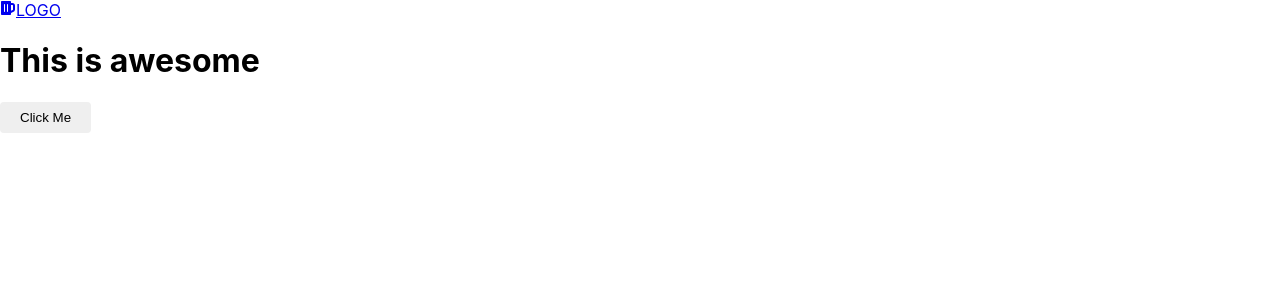
Repository: ajaygc95/Django-and-react
Page: / (app in galamart_sell/reactfrontend/)
The author's editor kept a copy of each file at every save. The page is drawn from the files as they stood at one save, then again after a run of saves.
The browser window is 1280 px wide. The pictures show the whole page.
The project was rebuilt for these pictures with package versions that can differ from the ones it lists, and the page was loaded fresh each time. Also part of the build but not shown: galamart_sell/reactfrontend/src/components/Button.js, galamart_sell/reactfrontend/src/components/About.js, galamart_sell/reactfrontend/src/components/Shop.css, galamart_sell/reactfrontend/src/components/Shop.js, galamart_sell/reactfrontend/src/components/ItemDetail.js.

Above is the page before, as saved 2021-04-07 11:25:29.

After the next 3 saves:
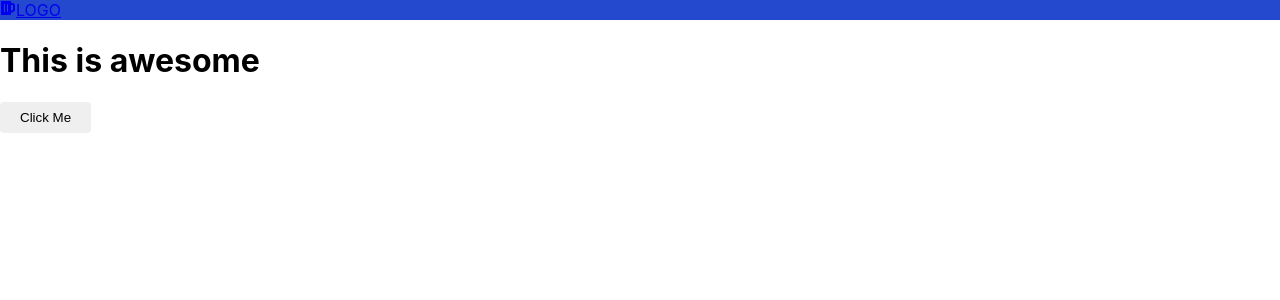
The 3 saves are shown as one change because they came seconds apart.
The last was saved 9 s later.
--- a/galamart_sell/reactfrontend/src/components/Nav.css
+++ b/galamart_sell/reactfrontend/src/components/Nav.css
@@ -1,8 +1,6 @@
-.navbar{
-  background: ;
+.navbar {
+  background: #2449cf;
 }
-
-
 
 /* .navbar {
   background: #2449cf;
